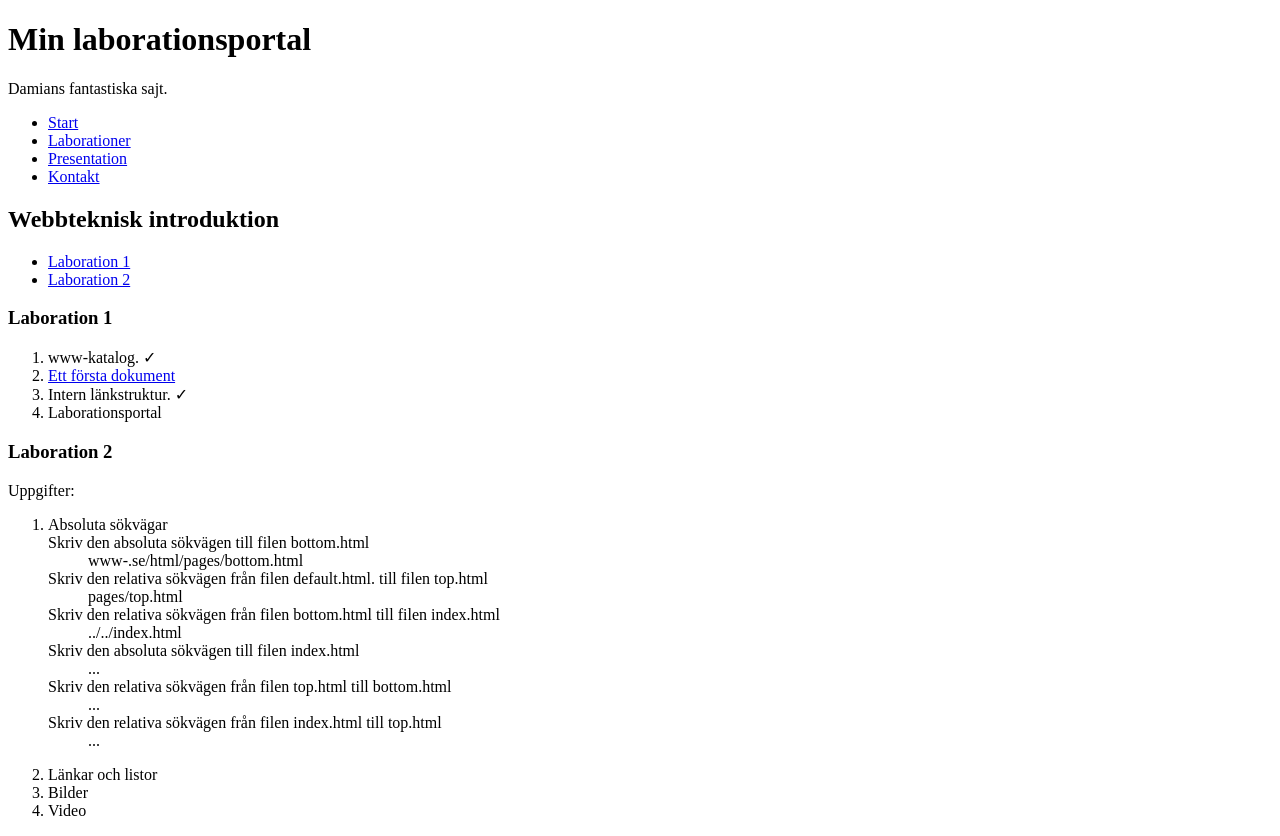
Repository: dg222dm/1ik415-laborationer
Page: pages/laborationer.html
The author's editor kept a record of every edit. The page is drawn from the files as they stood at one moment, then again after the next edit.
The browser window is 1280 px wide. The pictures show the whole page.

Above is the page before.

### pages/laborationer.html
<!doctype html>
<html lang="sv">
    <head>
        <meta charset="utf-8" />
        <title>Laborationer</title>
    </head>
    <body>
        <h1>Min laborationsportal</h1>

        <p>Damians fantastiska sajt.</p>

<!--Lista med länkar -->
        <ul>
            <li><a href="../index.html">Start</a></li>
            <li><a href="laborationer.html">Laborationer</a></li>
            <li><a href="presentation.html">Presentation</a></li>
            <li><a href="kontakt.html">Kontakt</a></li>

<!--Slut på länk lista -->
        </ul>
        <h2>Webbteknisk introduktion</h2>

<!--Länklista med ID attributer-->
        <ul>
            <li><a href="#lab1">Laboration 1</a></li>
            <li><a href="#lab2">Laboration 2</a></li>
        </ul>

<!--Slut på länklista med ID attributer-->
        <h3><a id="lab1">Laboration 1</a></h3>
        <ol>
            <li>www-katalog. &#x2713;</li>
            <li><a href="presentation.html">Ett första dokument</a></li>
            <li>Intern länkstruktur. &#x2713;</li>
            <li>Laborationsportal</li>
        </ol>
        <h3><a id="lab2">Laboration 2</a></h3>

<!--Lista med Laborations uppgifter-->
        <p>Uppgifter:</p>
        <ol>
            <li><dl>
                    <dt>Absoluta sökvägar</dt>
                    <dt>Skriv den absoluta sökvägen till filen bottom.html</dt>
                    <dd>www-.se/html/pages/bottom.html</dd>
                    <dt>Skriv den relativa sökvägen från filen default.html. till filen top.html</dt>
                    <dd>pages/top.html</dd>
                    <dt>Skriv den relativa sökvägen från filen bottom.html till filen index.html</dt>
                    <dd>../../index.html</dd>
                    <dt>Skriv den absoluta sökvägen till filen index.html</dt>
                    <dd>...</dd>
                    <dt>Skriv den relativa sökvägen från filen top.html till bottom.html</dt>
                    <dd>...</dd>
                    <dt>Skriv den relativa sökvägen från filen index.html till top.html</dt>
                    <dd>...</dd>
            </dl></li>
            <li>Länkar och listor</li>
            <li>Bilder</li>
            <li>Video</li>
        </ol>
    </body>
</html>

After the next edit:
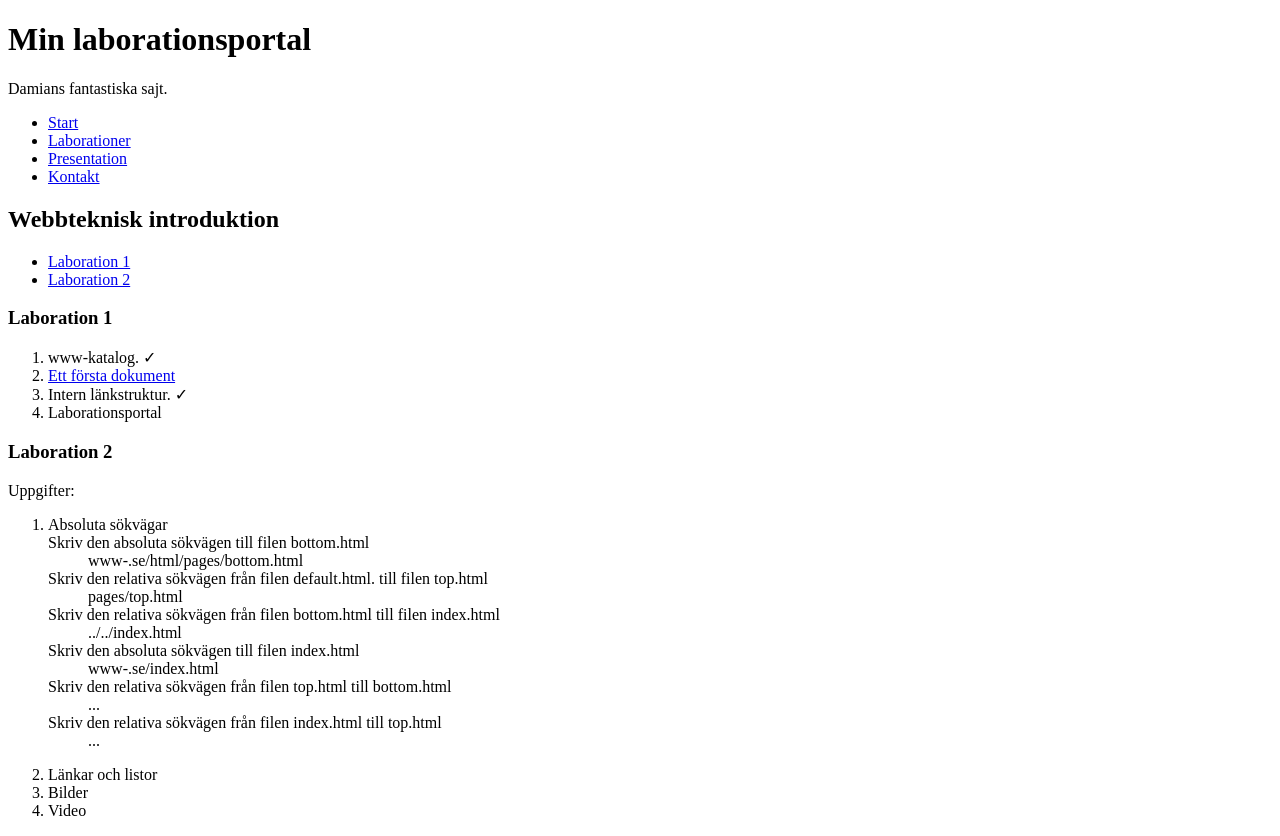
The edit:
--- a/pages/laborationer.html
+++ b/pages/laborationer.html
@@ -48,7 +48,7 @@
                     <dt>Skriv den relativa sökvägen från filen bottom.html till filen index.html</dt>
                     <dd>../../index.html</dd>
                     <dt>Skriv den absoluta sökvägen till filen index.html</dt>
-                    <dd>...</dd>
+                    <dd>www-.se/index.html</dd>
                     <dt>Skriv den relativa sökvägen från filen top.html till bottom.html</dt>
                     <dd>...</dd>
                     <dt>Skriv den relativa sökvägen från filen index.html till top.html</dt>
